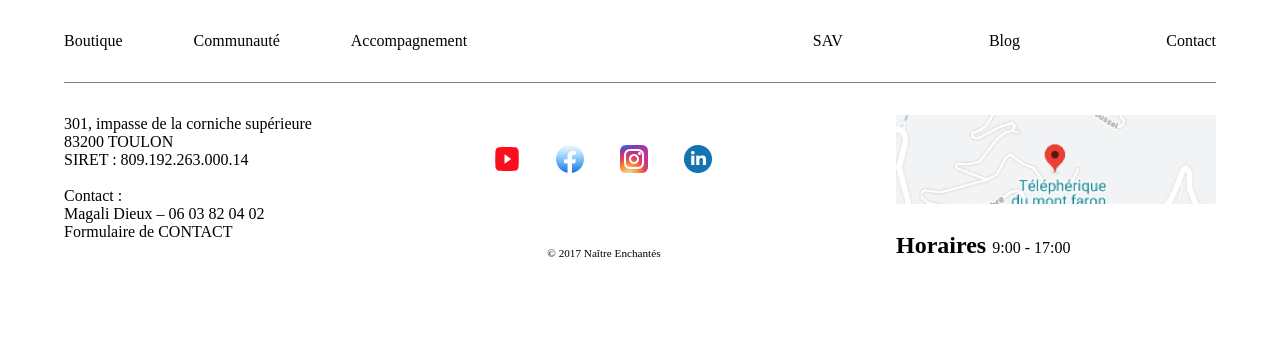
Repository: Khadija-Asa/naitre-enchantes
Page: footer.html
An editor plug-in stored every save of this project. The page is shown before and after the next save, followed by the edit.
The browser window is 1280 px wide. The pictures show the whole page.

Above is the page before, as saved 2020-11-24 23:39:14.

### footer.html
<!DOCTYPE html>
<html lang="en">
<head>
    <meta charset="UTF-8">
    <meta name="viewport" content="width=device-width, initial-scale=1.0">
    <title>naître enchantés</title>
    <link rel="stylesheet" href="footer.css">
</head>
<body>
    <div class="espace"></div>
    <footer>
        <div class="footer_top">
            <ul class="top_left">
                <li>Boutique</li>
                <li>Communauté</li>
                <li>Accompagnement</li>
            </ul>
            <ul class="top_right">
                <li>SAV</li>
                <li>Blog</li>
                <li>Contact</li>
            </ul>
        </div>
        <div class="footer_bottom">
            <div class="bottom_left">
                <p>301, impasse de la corniche supérieure <br>
                    83200 TOULON <br>
                    SIRET : 809.192.263.000.14 <br><br>

                    Contact : <br>
                    Magali Dieux – 06 03 82 04 02 <br>
                    Formulaire de CONTACT</p>
            </div>
            <div class="bottom_middle">
                <ul>
                    <li><a href=""><img src="img/youtube.png" alt="icon" class="icon_footer"></a></li>
                    <li><a href=""><img src="img/Group 1.png" alt="icon" class="icon_footer"></a></li>
                    <li><a href=""><img src="img/instagram.png" alt="icon" class="icon_footer"></a></li>
                    <li><a href=""><img src="img/linkedin.png" alt="icon" class="icon_footer"></a></li>
                </ul>
                <p> © 2017 Naître Enchantés</p>
            </div>
            <div class="bottom_right">
                <img src="img/Rectangle 38.png" alt="google map">
                <p> <b>Horaires   </b> 9:00 - 17:00</p>
            </div>
        </div>
    </footer>
</body>
</html>

### footer.css


* {
    margin: 0;
    padding: 0;
    font-family: ;
}
footer {
    margin: 2em 5% 0;
}
.footer_top {
    display: flex;
    justify-content: space-between;
    flex-wrap: wrap;
    align-items: center;
    margin: 2em auto;
    padding-bottom: 2em;
    border-bottom: solid 1px gray;
}

.top_left,
.top_right {
    display: flex;
    justify-content: space-between;
    flex-wrap: wrap;
    align-items: center;
    list-style: none;
    width: 35%;
}

.footer_bottom {
    display: flex;
    justify-content: space-between;
    flex-wrap: wrap;
    padding-bottom: 3em;
}
.footer_bottom ul {
    list-style: none;
    display: flex;
    justify-content: space-around;
    flex-wrap: wrap;
    align-items: center;
    margin: 1.5em auto 4em;
}
.footer_bottom li a {
    color: black;
    text-decoration: none;
}

.bottom_middle {
    width: 22%;
}
.bottom_middle p {
    font-size: .7em;
    text-align: center;
}
.bottom_right img{
    width: 20em;
    margin-bottom: 1.5em;
}
b {
    font-size: 1.5em;
}

After the next save:
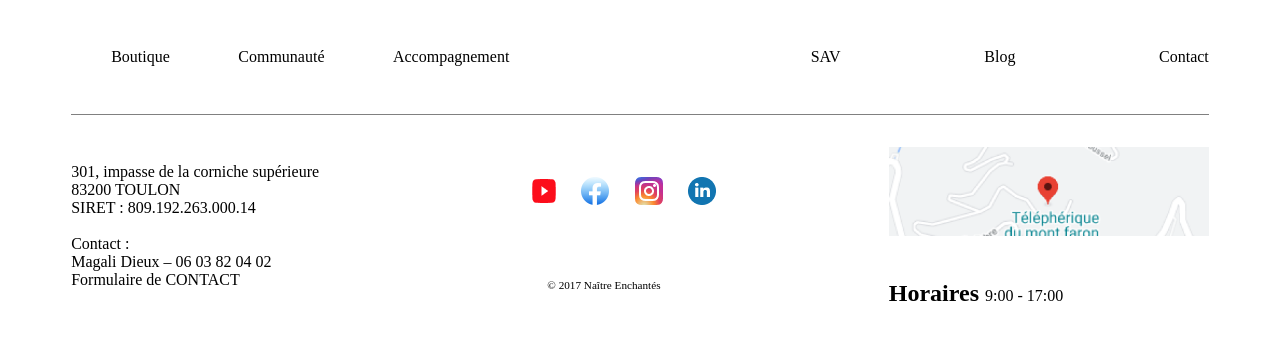
Saved 6 s later.
--- a/footer.css
+++ b/footer.css
@@ -1,5 +1,5 @@
 
-
+espace
 * {
     margin: 0;
     padding: 0;

After the 4 saves that followed:
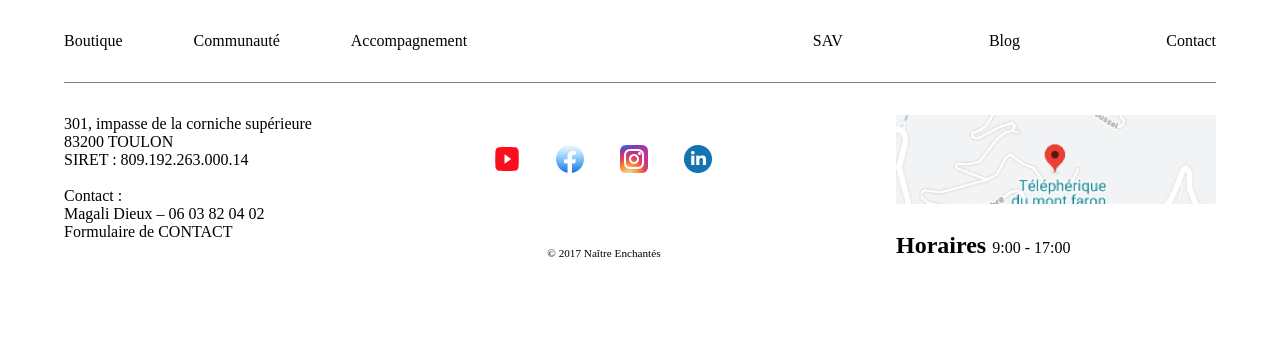
The 4 saves are shown as one change because 1 left the picture as it was and some came seconds apart.
The last was saved 15 s later.
--- a/footer.css
+++ b/footer.css
@@ -1,5 +1,7 @@
 
-espace
+.espace {
+
+}
 * {
     margin: 0;
     padding: 0;
